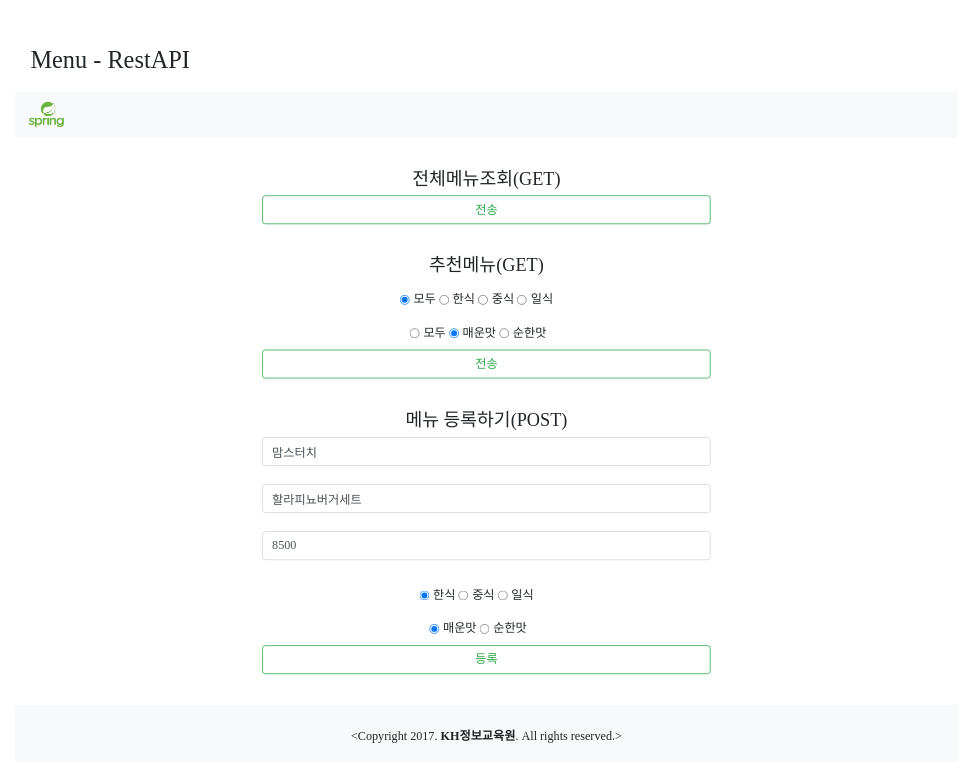
Repository: hyunha95/selfStudy
Page: http://localhost/hello-springboot/
The author's editor kept a copy of each file at every save. The page is drawn from the files as they stood at one save, then again after the next save.
The browser window is 1280 px wide. The pictures show the whole page, at 76% of full size.
The page is served by Tomcat 9. Other server files are loaded and not shown.

Above is the page before, as saved 2022-01-11 07:37:25.

### spring_workspace/hello-springboot/src/main/webapp/index.jsp
<%@ page language="java" contentType="text/html; charset=UTF-8"
    pageEncoding="UTF-8"%>
<%@ taglib prefix="c" uri="http://java.sun.com/jsp/jstl/core"%>
<%@ taglib prefix="fmt" uri="http://java.sun.com/jsp/jstl/fmt"%>
<%@ taglib prefix="fn" uri="http://java.sun.com/jsp/jstl/functions"%>
<!DOCTYPE html>
<html>
<head>
<meta charset="UTF-8">
<title>Menu - RestAPI</title>
<script src="http://code.jquery.com/jquery-latest.min.js"></script>
<!-- bootstrap js: jquery load 이후에 작성할것.-->
<script src="https://cdnjs.cloudflare.com/ajax/libs/popper.js/1.14.3/umd/popper.min.js" integrity="sha384-ZMP7rVo3mIykV+2+9J3UJ46jBk0WLaUAdn689aCwoqbBJiSnjAK/l8WvCWPIPm49" crossorigin="anonymous"></script>
<script src="https://stackpath.bootstrapcdn.com/bootstrap/4.1.3/js/bootstrap.min.js" integrity="sha384-ChfqqxuZUCnJSK3+MXmPNIyE6ZbWh2IMqE241rYiqJxyMiZ6OW/JmZQ5stwEULTy" crossorigin="anonymous"></script>
<!-- bootstrap css -->
<link rel="stylesheet" href="https://stackpath.bootstrapcdn.com/bootstrap/4.1.0/css/bootstrap.min.css" integrity="sha384-9gVQ4dYFwwWSjIDZnLEWnxCjeSWFphJiwGPXr1jddIhOegiu1FwO5qRGvFXOdJZ4" crossorigin="anonymous">
<!-- 사용자작성 css -->
<link rel="stylesheet" href="${pageContext.request.contextPath }/resources/css/style.css" />
<style>
div.menu-test{width:50%; margin:0 auto; text-align:center;}
div.result{width:70%; margin:0 auto;}
</style>
</head>
<body>
<div id="container">
	<header>
		<div id="header-container">
			<h2>Menu - RestAPI</h2>
		</div>
		<nav class="navbar navbar-expand-lg navbar-light bg-light">
			<a class="navbar-brand" href="#">
				<img src="${pageContext.request.contextPath }/resources/images/logo-spring.png" alt="스프링로고" width="50px" />
			</a>
		  	<!-- 반응형으로 width 줄어들경우, collapse버튼관련 -->
			<button class="navbar-toggler" type="button" data-toggle="collapse" data-target="#navbarNav" aria-controls="navbarNav" aria-expanded="false" aria-label="Toggle navigation">
				<span class="navbar-toggler-icon"></span>
		  	</button>
			<div class="collapse navbar-collapse" id="navbarNav">

			 </div>
		</nav>
	</header>
	<section id="content">
		<div id="menu-container" class="text-center">
			<!-- 1. GET /menus-->
	        <div class="menu-test">
	            <h4>전체메뉴조회(GET)</h4>
	            <input type="button" class="btn btn-block btn-outline-success btn-send" id="btn-menus" value="전송" />
	        </div>
	        <div class="result" id="menus-result"></div>
	        <script>
	        $("#btn-menus").click((e) => {

	        	$.ajax({
	        		url: "${pageContext.request.contextPath}/menus",
	        		method: "GET",
	        		success(resp){
	        			console.log(resp);

	        			displayTable("#menus-result", resp);
	        		},
	        		error: console.log
	        	});
	        });

	        const displayTable = (selector, data) => {
	        	const $target = $(selector);
	        	let table = `<table class='table'>
	        		<tr>
	        			<th>번호</th>
	        			<th>음식점</th>
	        			<th>메뉴명</th>
	        			<th>가격</th>
	        			<th>타입</th>
	        			<th>맛</th>
	        		</tr>`;

	        		if(data.length) {
	        			$(data).each((i, menu) => {
	        				console.log(i, menu);
	        				const {id, restaurant, name, price, type, taste} = menu;
	        				table += `<tr>
	        					<td>\${id}</td>
	        					<td>\${restaurant}</td>
	        					<td>\${name}</td>
	        					<td>￦\${price.toLocaleString()}</td>
	        					<td>\${type}</td>
	        					<td>\${taste}</td>
	        				<tr>`;
	        			});
	        		}
	        		else {
	        			table += `<tr><td colspan='6'>검색된 결과가 없습니다.</td></tr>`;
	        		}

	        		table += `</table>`;

	        		$target.html(table);
	        };
	        </script>




			<div class="menu-test">
				<h4>추천메뉴(GET)</h4>
				<form id="menuRecommendationFrm">
					<div class="form-check form-check-inline">
						<input type="radio" class="form-check-input" name="type" id="get-no-type" value="all" checked>
						<label for="get-no-type" class="form-check-label">모두</label>&nbsp;
						<input type="radio" class="form-check-input" name="type" id="get-kr" value="kr">
						<label for="get-kr" class="form-check-label">한식</label>&nbsp;
						<input type="radio" class="form-check-input" name="type" id="get-ch" value="ch">
						<label for="get-ch" class="form-check-label">중식</label>&nbsp;
						<input type="radio" class="form-check-input" name="type" id="get-jp" value="jp">
						<label for="get-jp" class="form-check-label">일식</label>&nbsp;
					</div>
					<br />
					<div class="form-check form-check-inline">
						<input type="radio" class="form-check-input" name="taste" id="get-no-taste" value="all" checked>
						<label for="get-no-taste" class="form-check-label">모두</label>&nbsp;
						<input type="radio" class="form-check-input" name="taste" id="get-hot" value="hot" checked>
						<label for="get-hot" class="form-check-label">매운맛</label>&nbsp;
						<input type="radio" class="form-check-input" name="taste" id="get-mild" value="mild">
						<label for="get-mild" class="form-check-label">순한맛</label>
					</div>
					<br />
					<input type="submit" class="btn btn-block btn-outline-success btn-send" value="전송" >
				</form>
			</div>
			<div class="result" id="menuRecommendation-result"></div>
			<script>
			$(menuRecommendationFrm).submit((e) => {
				e.preventDefault();

				const type = $(e.target).find("[name=type]:checked").val();
				const taste = $(e.target).find("[name=taste]:checked").val();
				console.log(type);
				$.ajax({
					url: `${pageContext.request.contextPath}/menus/\${type}/\${taste}`,
					method: "GET",
					success(resp){
						console.log(resp);
						displayTable("#menuRecommendation-result", resp);
					},
					error: console.log
				});
			});
			</script>


			<!-- 2.POST /menu -->
			<div class="menu-test">
				<h4>메뉴 등록하기(POST)</h4>
				<form id="menuEnrollFrm">
					<input type="text" name="restaurant" placeholder="음식점" class="form-control" value="맘스터치"/>
					<br />
					<input type="text" name="name" placeholder="메뉴" class="form-control" value="할라피뇨버거세트" />
					<br />
					<input type="number" name="price" placeholder="가격" class="form-control" value="8500" />
					<br />
					<div class="form-check form-check-inline">
						<input type="radio" class="form-check-input" name="type" id="post-kr" value="kr" checked>
						<label for="post-kr" class="form-check-label">한식</label>&nbsp;
						<input type="radio" class="form-check-input" name="type" id="post-ch" value="ch">
						<label for="post-ch" class="form-check-label">중식</label>&nbsp;
						<input type="radio" class="form-check-input" name="type" id="post-jp" value="jp">
						<label for="post-jp" class="form-check-label">일식</label>&nbsp;
					</div>
					<br />
					<div class="form-check form-check-inline">
						<input type="radio" class="form-check-input" name="taste" id="post-hot" value="hot" checked>
						<label for="post-hot" class="form-check-label">매운맛</label>&nbsp;
						<input type="radio" class="form-check-input" name="taste" id="post-mild" value="mild">
						<label for="post-mild" class="form-check-label">순한맛</label>
					</div>
					<br />
					<input type="submit" class="btn btn-block btn-outline-success btn-send" value="등록" >
				</form>
			</div>
			<script>
			$(menuEnrollFrm).submit((e) => {
				e.preventDefault();

				const obj = {
					restaurant : $("[name=restaurant]", e.target).val(),
					name : $("[name=name]", e.target).val(),
					price : $("[name=price]", e.target).val(),
					type : $("[name=type]:checked", e.target).val(),
					taste : $("[name=taste]:checked", e.target).val()
				};

				console.log(obj); // javascript 객체
				const jsonStr = JSON.stringify(obj);
				console.log(jsonStr); // json문자열

				$.ajax({
					url: `${pageContext.request.contextPath}/menu`,
					method: "POST",
					data: jsonStr,
					contentType: "application/json; charset=utf-8",
					success(resp){
						console.log(resp);
						alert(resp.msg);
					},
					error: console.log
				});
			});
			</script>

		</div>
	</section>
	<footer>
		<p>&lt;Copyright 2017. <strong>KH정보교육원</strong>. All rights reserved.&gt;</p>
	</footer>

</div>
</body>
</html>

### spring_workspace/hello-springboot/src/main/webapp/resources/css/style.css
@CHARSET "UTF-8";
body {font-family:"휴먼모음T";}
div, section, header, aside, footer {padding:10px;}

/********** 전체컨테이너 **********/
div#container	{}

/********** header **********/
header div#header-container {height:100px;}
header div#header-container h2 	{margin:30px 10px 0px 10px;}


/********** content **********/
section#content		{min-height:600px;}


/********** footer **********/
footer	{background-color:#f8f9fa; background-clip:content-box; clear:both; height:95px; text-align:center;}
footer p 	{margin-top:30px;}

After the next save:
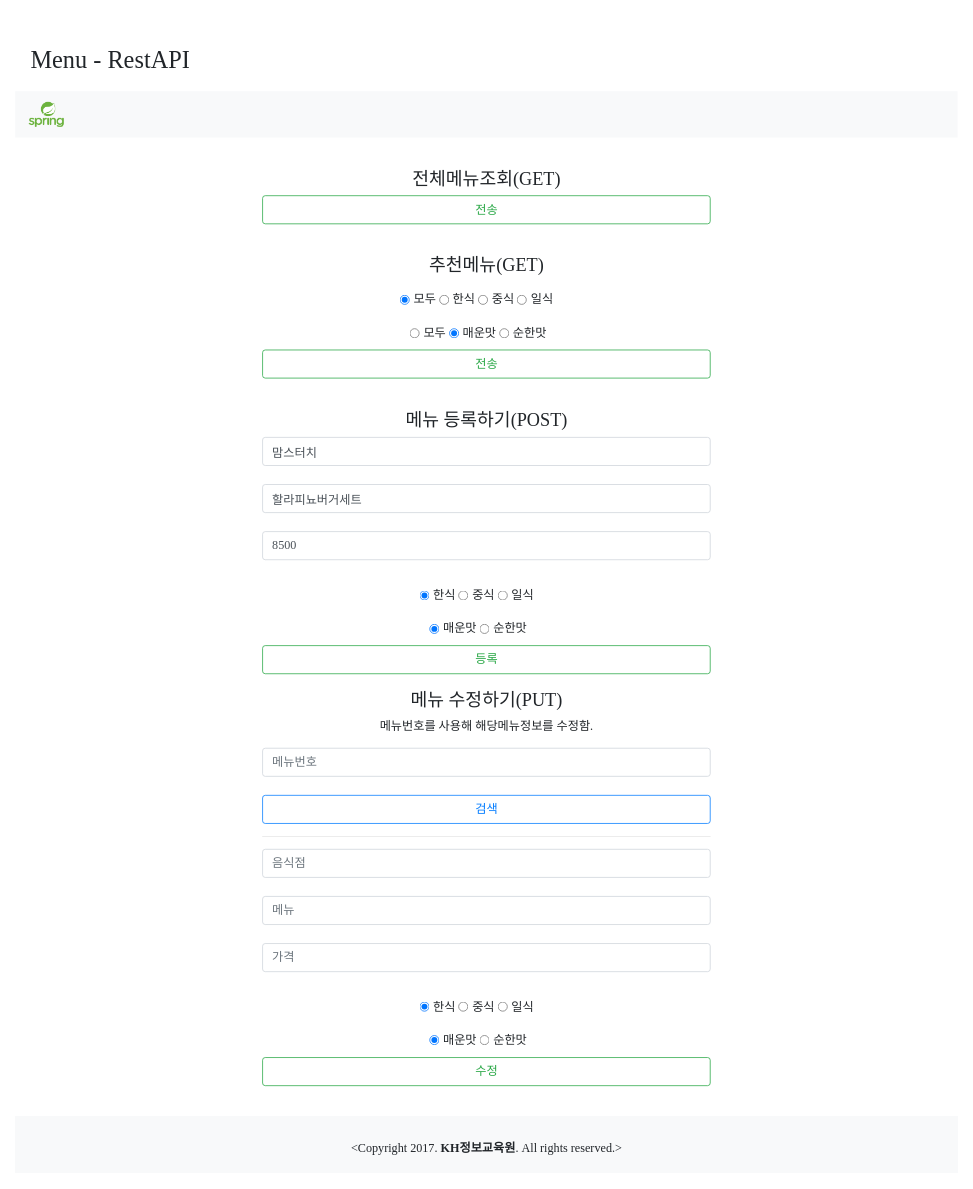
Saved 2 min 50 s later.
--- a/spring_workspace/hello-springboot/src/main/webapp/index.jsp
+++ b/spring_workspace/hello-springboot/src/main/webapp/index.jsp
@@ -208,6 +208,47 @@ div.result{width:70%; margin:0 auto;}
 			});
 			</script>
 
+			<!-- #3.PUT -->
+			<div class="menu-test">
+				<h4>메뉴 수정하기(PUT)</h4>
+				<p>메뉴번호를 사용해 해당메뉴정보를 수정함.</p>
+				<form id="menuSearchFrm">
+					<input type="text" name="id" placeholder="메뉴번호" class="form-control" /><br />
+					<input type="submit" class="btn btn-block btn-outline-primary btn-send" value="검색" >
+				</form>
+
+				<hr />
+				<form id="menuUpdateFrm">
+					<!-- where조건절에 사용할 id를 담아둠 -->
+					<input type="hidden" name="id" />
+					<input type="text" name="restaurant" placeholder="음식점" class="form-control" />
+					<br />
+					<input type="text" name="name" placeholder="메뉴" class="form-control" />
+					<br />
+					<input type="number" name="price" placeholder="가격" step="1000" class="form-control" />
+					<br />
+					<div class="form-check form-check-inline">
+						<input type="radio" class="form-check-input" name="type" id="put-kr" value="kr" checked>
+						<label for="put-kr" class="form-check-label">한식</label>&nbsp;
+						<input type="radio" class="form-check-input" name="type" id="put-ch" value="ch">
+						<label for="put-ch" class="form-check-label">중식</label>&nbsp;
+						<input type="radio" class="form-check-input" name="type" id="put-jp" value="jp">
+						<label for="put-jp" class="form-check-label">일식</label>&nbsp;
+					</div>
+					<br />
+					<div class="form-check form-check-inline">
+						<input type="radio" class="form-check-input" name="taste" id="put-hot" value="hot" checked>
+						<label for="put-hot" class="form-check-label">매운맛</label>&nbsp;
+						<input type="radio" class="form-check-input" name="taste" id="put-mild" value="mild">
+						<label for="put-mild" class="form-check-label">순한맛</label>
+					</div>
+					<br />
+					<input type="submit" class="btn btn-block btn-outline-success btn-send" value="수정" >
+				</form>
+			</div>
+
+
+
 		</div>
 	</section>
 	<footer>
